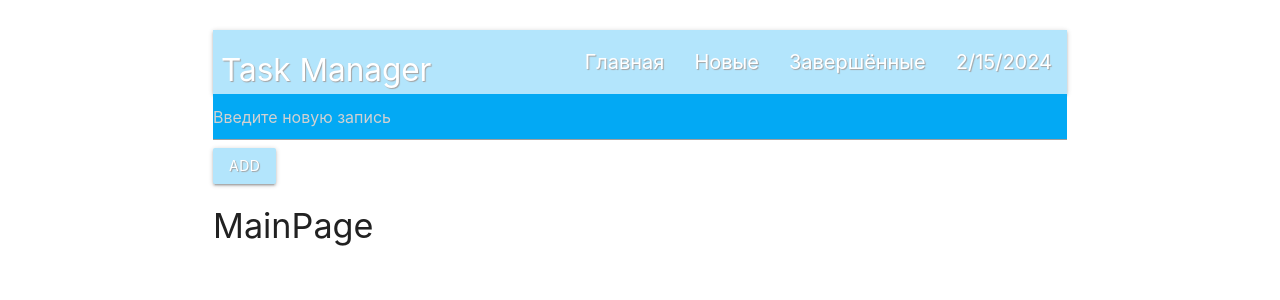
Repository: iveivs/myReactTaskManager
Page: /
These files come from the project's save history. The page is drawn as it stood at one moment and after the next save; the edit follows.
The browser window is 1280 px wide. The pictures show the whole page.
The project was rebuilt for these pictures with package versions that can differ from the ones it lists, and the page was loaded fresh each time. Also part of the build but not shown: vite.config.js, src/components/DoneTasks.jsx, src/components/NewTasks.jsx.

Above is the page before, as saved 2024-02-15 15:14:43.

After the next save:
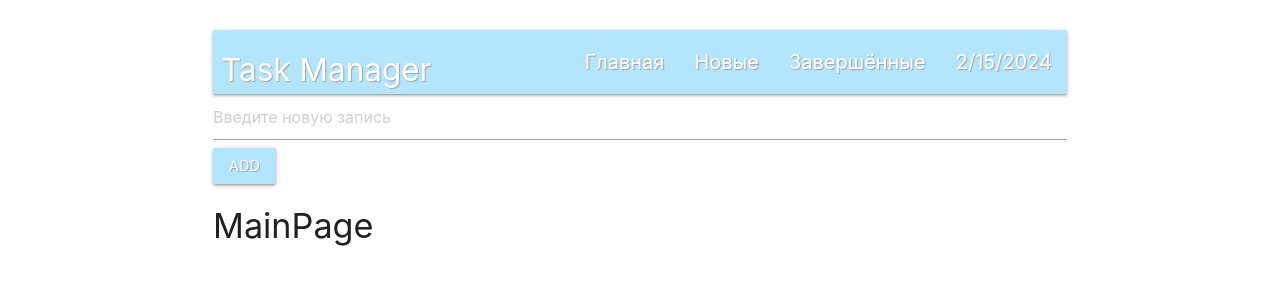
Saved 6 s later.
--- a/src/App.jsx
+++ b/src/App.jsx
@@ -57,7 +57,7 @@ useEffect(()=> {
         <Header  />
         <input
           placeholder='Введите новую запись'
-          className='inputMain light-blue '
+          className='inputMain'
           value={input}
           onChange={(e) => handleChange(e)}
           type="text" />
